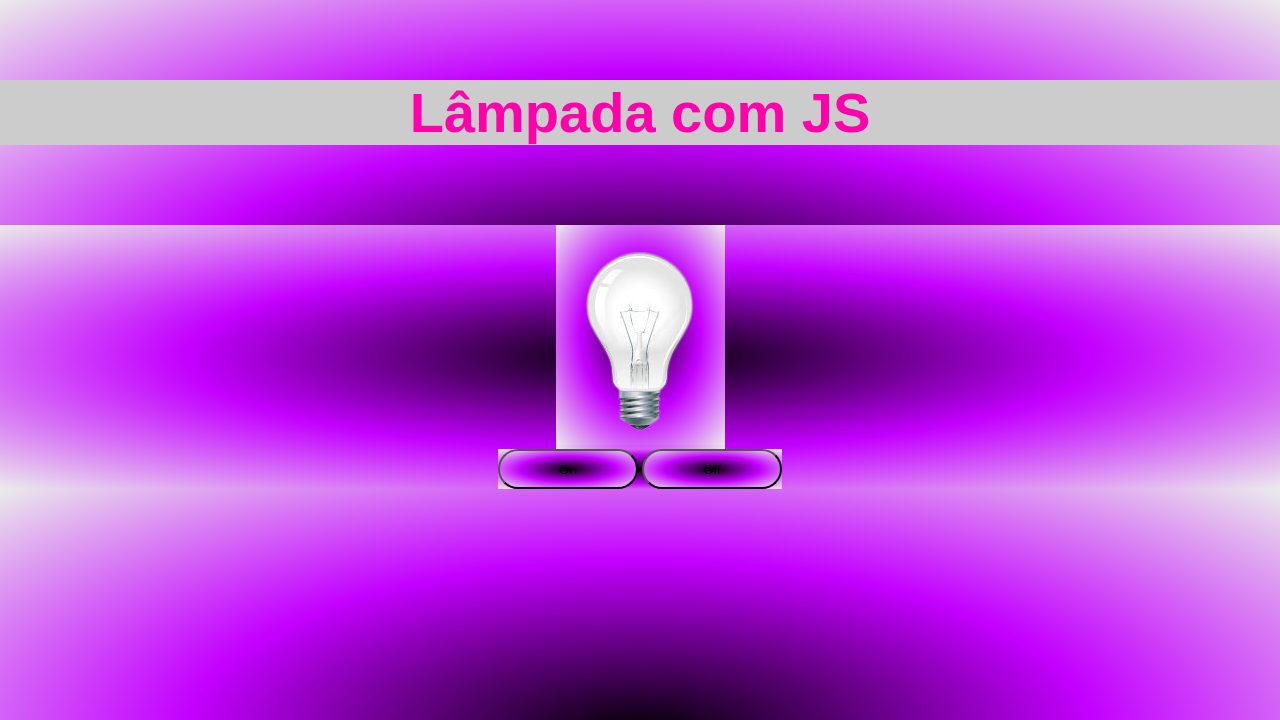
Repository: kahut-gdd/lampadaComJs
Page: index.html
The author's editor kept a copy of each file at every save. The page is drawn from the files as they stood at one save, then again after the next save.
The browser window is 1280 px wide. The pictures show the whole page.

Above is the page before, as saved 2022-06-25 13:06:18.

After the next save:
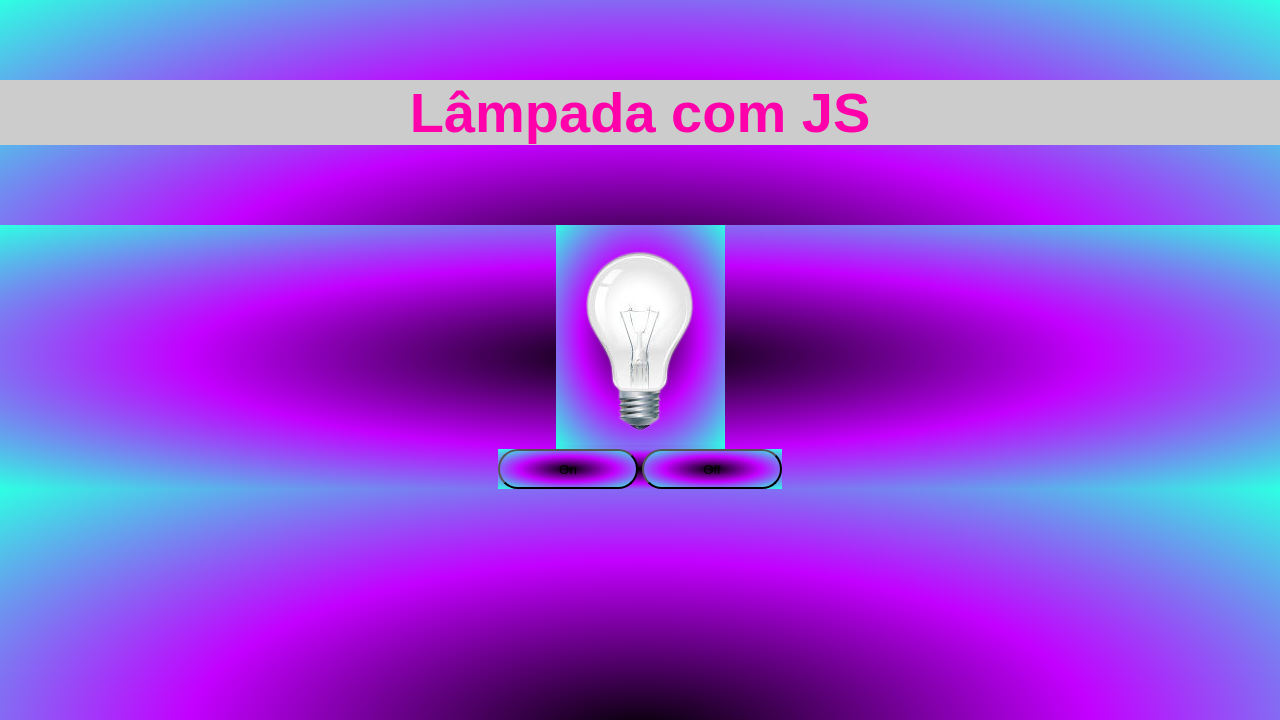
Saved 12 s later.
--- a/index.html
+++ b/index.html
@@ -9,7 +9,7 @@
         *{
             margin: 0;
             padding: 0;
-            background: radial-gradient(black, rgb(195, 0, 255), rgb(235, 235, 235));
+            background: radial-gradient(black, rgb(195, 0, 255), rgb(46, 255, 227));
             align-items: center;
         }
         h1{
